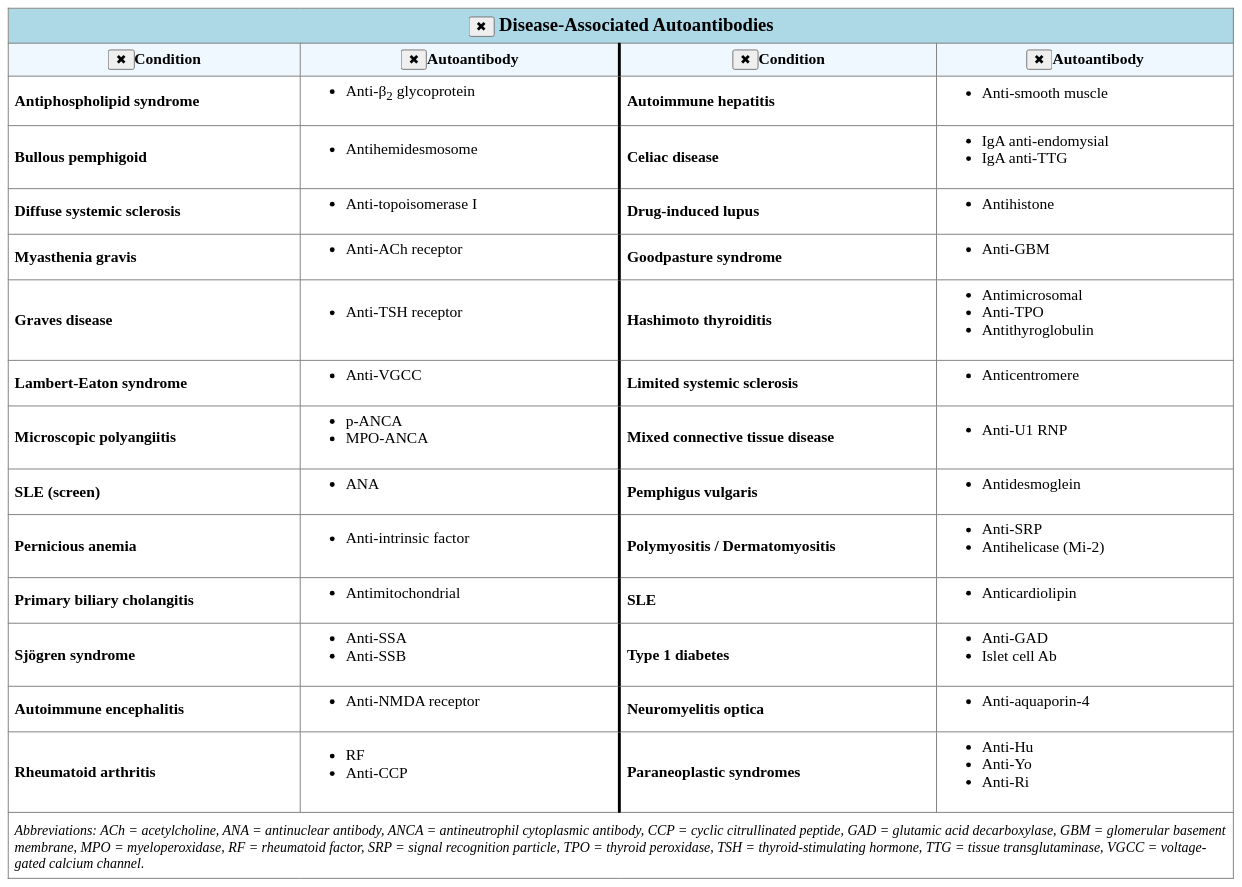
Repository: sharperdragon/STEVEL-1-Summaries
Page: subdex/autoantibodies.table.html
An editor plug-in stored every save of this project. The page is shown before and after the next save, followed by the edit.
The browser window is 1280 px wide. The pictures show the whole page, at 97% of full size.

Above is the page before, as saved 2025-05-20 17:28:31.

### subdex/autoantibodies.table.html

<div class="table-responsive">
<table border="1" cellpadding="6" cellspacing="0" class="table1" style="border-collapse: collapse; width: 100%;">
<thead>
<tr>
<th  colspan="5" data-col="0" style="background-color: #add8e6; text-align: center; font-size: 1.2em;"><button class="hide-col-btn" onclick="toggleColumn(0)">✖</button>
<strong>Disease-Associated Autoantibodies</strong>
</th>
</tr>
<tr>
<th data-col="0" style="background-color: #f0f8ff; text-align: center;"><button class="hide-col-btn" onclick="toggleColumn(0)">✖</button>Condition</th>
<th data-col="1" style="background-color: #f0f8ff; text-align: center; border-right: 3px solid black;"><button class="hide-col-btn" onclick="toggleColumn(1)">✖</button>Autoantibody</th>
<th data-col="2" style="background-color: #f0f8ff; text-align: center;"><button class="hide-col-btn" onclick="toggleColumn(2)">✖</button>Condition</th>
<th  data-col="3" style="background-color: #f0f8ff; text-align: center;"><button class="hide-col-btn" onclick="toggleColumn(3)">✖</button>Autoantibody</th>
</tr>
</thead>
<tbody>
<tr>
<td data-col="0"><strong>Antiphospholipid syndrome</strong></td>
<td data-col="1" style="border-right: 3px solid black;"><ul><li>Anti-β<sub>2</sub> glycoprotein</li></ul></td>
<td data-col="2"><strong>Autoimmune hepatitis</strong></td>
<td  data-col="3"><ul><li>Anti-smooth muscle</li></ul></td>
</tr>
<tr>
<td data-col="0"><strong>Bullous pemphigoid</strong></td>
<td data-col="1" style="border-right: 3px solid black;"><ul><li>Antihemidesmosome</li></ul></td>
<td data-col="2"><strong>Celiac disease</strong></td>
<td  data-col="3"><ul><li>IgA anti-endomysial</li><li>IgA anti-TTG</li></ul></td>
</tr>
<tr>
<td data-col="0"><strong>Diffuse systemic sclerosis</strong></td>
<td data-col="1" style="border-right: 3px solid black;"><ul><li>Anti-topoisomerase I</li></ul></td>
<td data-col="2"><strong>Drug-induced lupus</strong></td>
<td  data-col="3"><ul><li>Antihistone</li></ul></td>
</tr>
<tr>
<td data-col="0"><strong>Myasthenia gravis</strong></td>
<td data-col="1" style="border-right: 3px solid black;"><ul><li>Anti-ACh receptor</li></ul></td>
<td data-col="2"><strong>Goodpasture syndrome</strong></td>
<td  data-col="3"><ul><li>Anti-GBM</li></ul></td>
</tr>
<tr>
<td data-col="0"><strong>Graves disease</strong></td>
<td data-col="1" style="border-right: 3px solid black;"><ul><li>Anti-TSH receptor</li></ul></td>
<td data-col="2"><strong>Hashimoto thyroiditis</strong></td>
<td  data-col="3"><ul><li>Antimicrosomal</li><li>Anti-TPO</li><li>Antithyroglobulin</li></ul></td>
</tr>
<tr>
<td data-col="0"><strong>Lambert-Eaton syndrome</strong></td>
<td data-col="1" style="border-right: 3px solid black;"><ul><li>Anti-VGCC</li></ul></td>
<td data-col="2"><strong>Limited systemic sclerosis</strong></td>
<td  data-col="3"><ul><li>Anticentromere</li></ul></td>
</tr>
<tr>
<td data-col="0"><strong>Microscopic polyangiitis</strong></td>
<td data-col="1" style="border-right: 3px solid black;"><ul><li>p-ANCA</li><li>MPO-ANCA</li></ul></td>
<td data-col="2"><strong>Mixed connective tissue disease</strong></td>
<td  data-col="3"><ul><li>Anti-U1 RNP</li></ul></td>
</tr>
<tr>
<td data-col="0"><strong>SLE (screen)</strong></td>
<td data-col="1" style="border-right: 3px solid black;"><ul><li>ANA</li></ul></td>
<td data-col="2"><strong>Pemphigus vulgaris</strong></td>
<td  data-col="3"><ul><li>Antidesmoglein</li></ul></td>
</tr>
<tr>
<td data-col="0"><strong>Pernicious anemia</strong></td>
<td data-col="1" style="border-right: 3px solid black;"><ul><li>Anti-intrinsic factor</li></ul></td>
<td data-col="2"><strong>Polymyositis / Dermatomyositis</strong></td>
<td  data-col="3"><ul><li>Anti-SRP</li><li>Antihelicase (Mi-2)</li></ul></td>
</tr>
<tr>
<td data-col="0"><strong>Primary biliary cholangitis</strong></td>
<td data-col="1" style="border-right: 3px solid black;"><ul><li>Antimitochondrial</li></ul></td>
<td data-col="2"><strong>SLE</strong></td>
<td  data-col="3"><ul><li>Anticardiolipin</li></ul></td>
</tr>
<tr>
<td data-col="0"><strong>Sjögren syndrome</strong></td>
<td data-col="1" style="border-right: 3px solid black;"><ul><li>Anti-SSA</li><li>Anti-SSB</li></ul></td>
<td data-col="2"><strong>Type 1 diabetes</strong></td>
<td  data-col="3"><ul><li>Anti-GAD</li><li>Islet cell Ab</li></ul></td>
</tr>
<tr>
<td data-col="0"><strong>Autoimmune encephalitis</strong></td>
<td data-col="1" style="border-right: 3px solid black;"><ul><li>Anti-NMDA receptor</li></ul></td>
<td data-col="2"><strong>Neuromyelitis optica</strong></td>
<td  data-col="3"><ul><li>Anti-aquaporin-4</li></ul></td>
</tr>
<tr>
<td data-col="0"><strong>Rheumatoid arthritis</strong></td>
<td data-col="1" style="border-right: 3px solid black;"><ul><li>RF</li><li>Anti-CCP</li></ul></td>
<td data-col="2"><strong>Paraneoplastic syndromes</strong></td>
<td  data-col="3"><ul><li>Anti-Hu</li><li>Anti-Yo</li><li>Anti-Ri</li></ul></td>
</tr>
<tr>
<td  colspan="4" data-col="0" style="font-size: 90%; padding-top: 10px;">
<em>Abbreviations: ACh = acetylcholine, ANA = antinuclear antibody, ANCA = antineutrophil cytoplasmic antibody, CCP = cyclic citrullinated peptide, GAD = glutamic acid decarboxylase, GBM = glomerular basement membrane, MPO = myeloperoxidase, RF = rheumatoid factor, SRP = signal recognition particle, TPO = thyroid peroxidase, TSH = thyroid-stimulating hormone, TTG = tissue transglutaminase, VGCC = voltage-gated calcium channel.</em>
</td>
</tr>
</tbody>
</table>
</div>

After the next save:
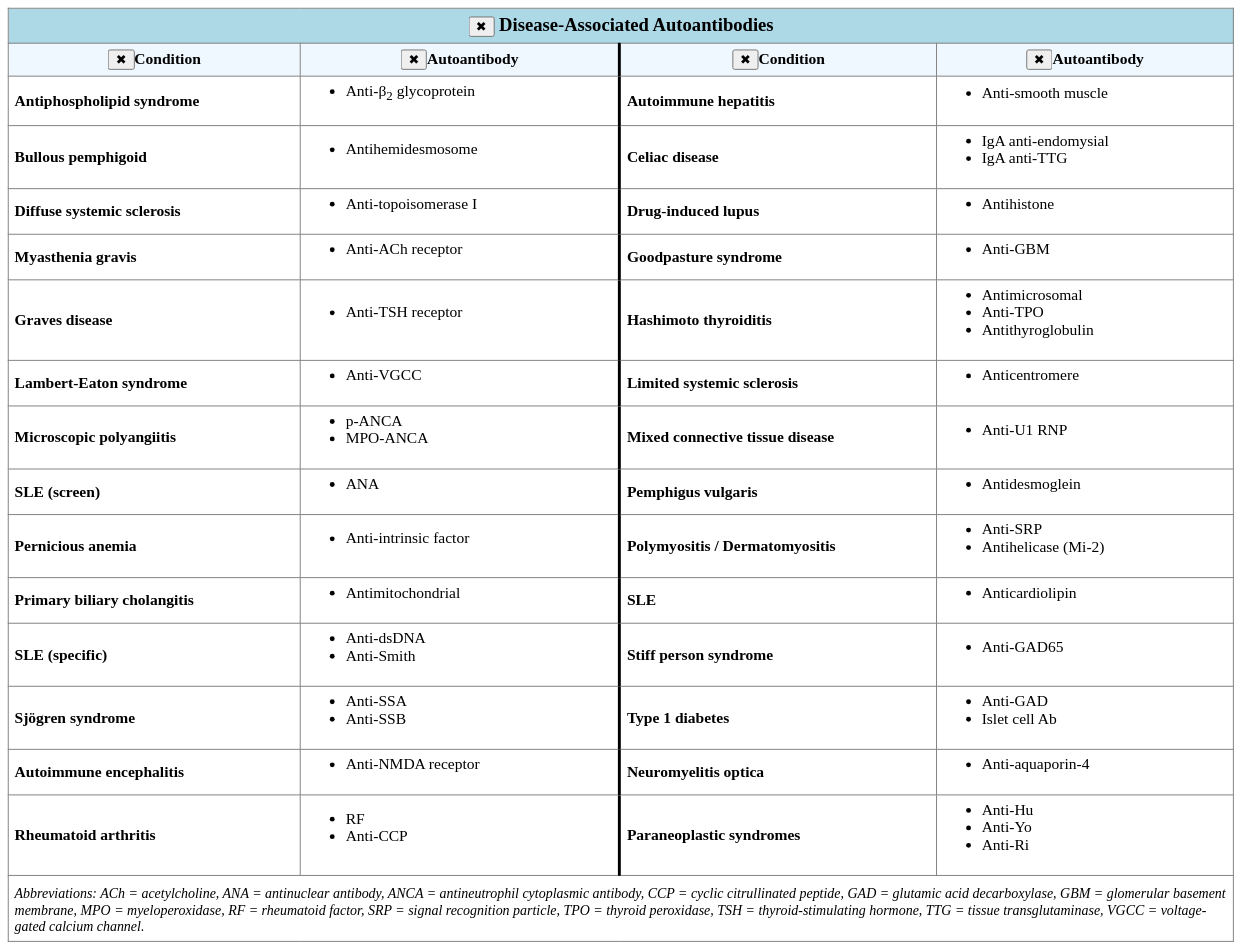
Saved 2 min 57 s later.
--- a/subdex/autoantibodies.table.html
+++ b/subdex/autoantibodies.table.html
@@ -76,6 +76,12 @@
 <td  data-col="3"><ul><li>Anticardiolipin</li></ul></td>
 </tr>
 <tr>
+  <td data-col="0"><strong>SLE (specific)</strong></td>
+  <td data-col="1" style="border-right: 3px solid black;"><ul><li>Anti-dsDNA</li><li>Anti-Smith</li></ul></td>
+  <td data-col="2"><strong>Stiff person syndrome</strong></td>
+  <td data-col="3"><ul><li>Anti-GAD65</li></ul></td>
+</tr>
+<tr>
 <td data-col="0"><strong>Sjögren syndrome</strong></td>
 <td data-col="1" style="border-right: 3px solid black;"><ul><li>Anti-SSA</li><li>Anti-SSB</li></ul></td>
 <td data-col="2"><strong>Type 1 diabetes</strong></td>
